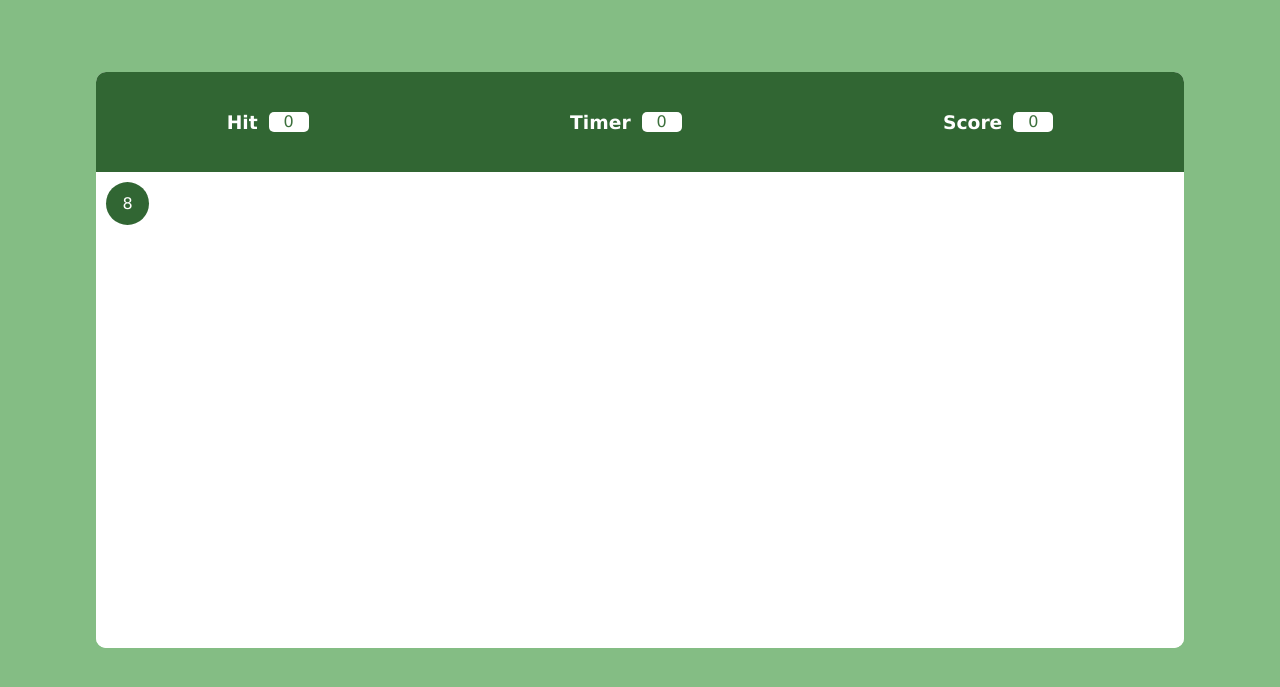
Repository: ketansharma22/BubbleGame
Page: index.html
These files come from the project's save history. The page is drawn as it stood at one moment and after the next save; the edit follows.
The browser window is 1280 px wide. The pictures show the whole page.

Above is the page before, as saved 2024-02-18 23:21:10.

### index.html
<!DOCTYPE html>
<html lang="en">
<head>
    <meta charset="UTF-8">
    <meta name="viewport" content="width=device-width, initial-scale=1.0">
    <title>BubbleGame</title>
    <link rel="stylesheet" href="styles.css">
</head>
<body>
    <div class="main">
        <div class="show">
            <div class="upper">
                <div class="hit" id="sameee">
                    <h3>Hit</h3>
                    <div class="box">0</div>
                </div>
                <div class="timer" id="sameee">
                    <h3>Timer</h3>
                    <div class="box">0</div>
                </div>
                <div class="score" id="sameee">
                    <h3>Score</h3>
                    <div class="box">0  </div>
                </div>
            </div>

            <div class="lower">
                <div class="bubble">8</div>
            </div>
        </div>
    </div>
</body>
</html>

### styles.css
*{
    margin: 0;
    padding: 0;
    box-sizing: border-box;
    font-family:Verdana, Geneva, Tahoma, sans-serif
}
html,body{
    width: 100%;
    height: 100%;
}
.main{
    display: flex;
    justify-content: center;
    align-items: center;
    width: 100%;
    height: 100%;
    background-color: rgb(132, 189, 132);
}
.show{
    width: 85%;
    height: 80%;
    background-color: #fff;
    border-radius: 10px;
    overflow: hidden;
}
.upper{
    width: 100%;
    height: 100px;
    background-color:rgb(49, 102, 51);
    color: white;
    display: flex;
    align-items: center;
    justify-content: space-around;
}
.box{
    width: 40px;
    background-color: white;
    color:rgb(60, 112, 60);
    display: flex;
    justify-content: center;
    align-items: center;
    height: 20px;
    border-radius: 5px;
}
#sameee{
    display: flex;
    gap: 11px;
}


.lower{
    width: 100%;
    height: calc(100% - 100px);
    background-color: white;
    display: flex;
    flex-wrap: wrap;
    gap: 10px;
    padding: 10px;
}
.bubble{
    width: 43px;
    background-color:rgb(49, 102, 51);
    color: white;
    height: 43px;
    border-radius: 50%;
    display: flex;
    justify-content: center;
    align-items: center;

}

After the next save:
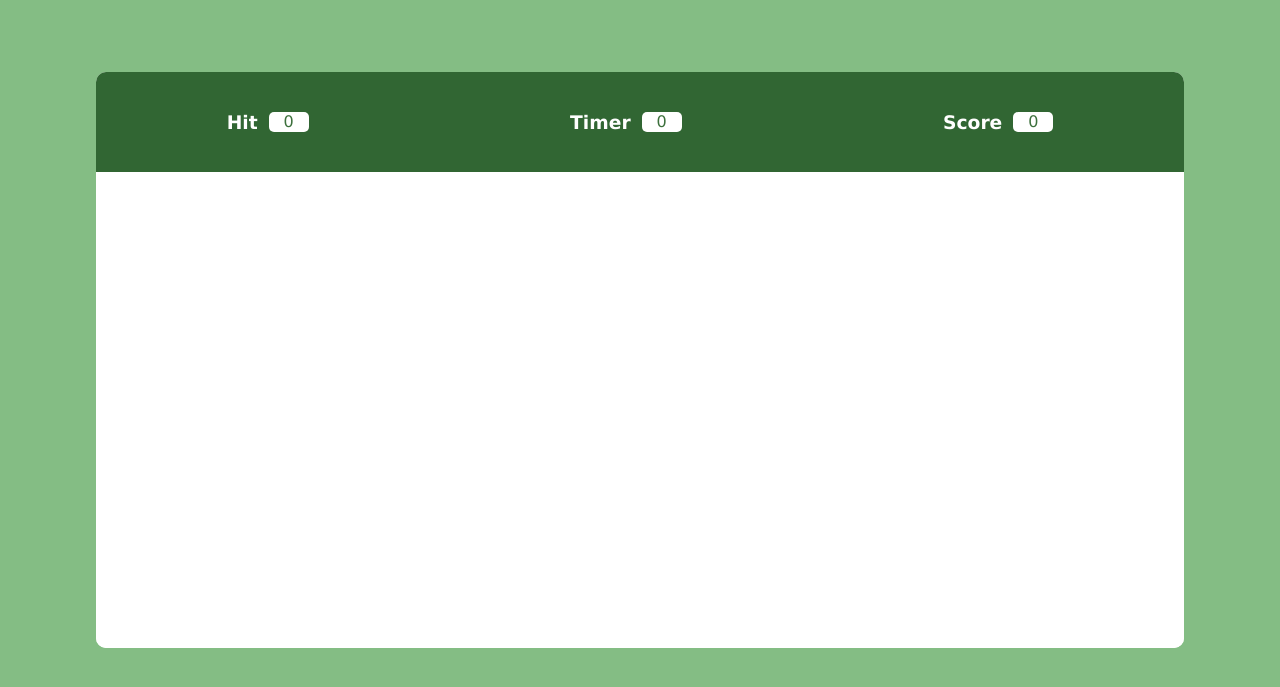
Saved 36 s later.
--- a/index.html
+++ b/index.html
@@ -25,7 +25,7 @@
             </div>
 
             <div class="lower">
-                <div class="bubble">8</div>
+
             </div>
         </div>
     </div>
